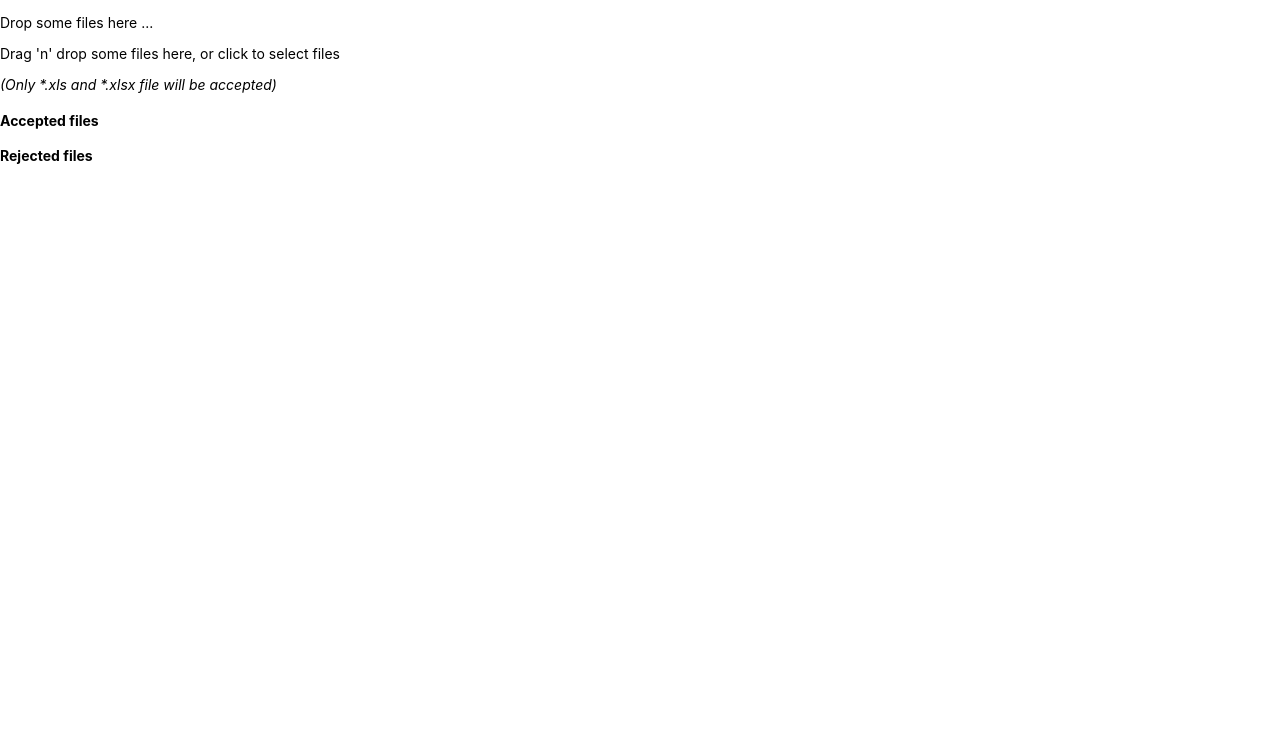
Repository: enigmawxy/abi2020
Page: /
An editor plug-in stored every save of this project. The page is shown before and after the next save, followed by the edit.
The browser window is 1280 px wide. The page is 1280 px wide, then 1282 px, so the pictures cover 1282 px, including what lies to the right of the window. The pictures show the whole page.
The page's requests for data from a server got no answer. The project was rebuilt for these pictures with package versions that can differ from the ones it lists, and the page was loaded fresh each time. No one was signed in, and anything a server would have sent is missing. Also part of the build but not shown: src/components/login/login.scss, src/components/login/login.jsx, src/common/header.scss, src/common/header.jsx, src/common/footer.scss, src/common/footer.jsx, src/components/register/content.scss, src/components/register/content.jsx and 3 more.

Above is the page before, as saved 2020-08-19 10:32:28.

After the next save:
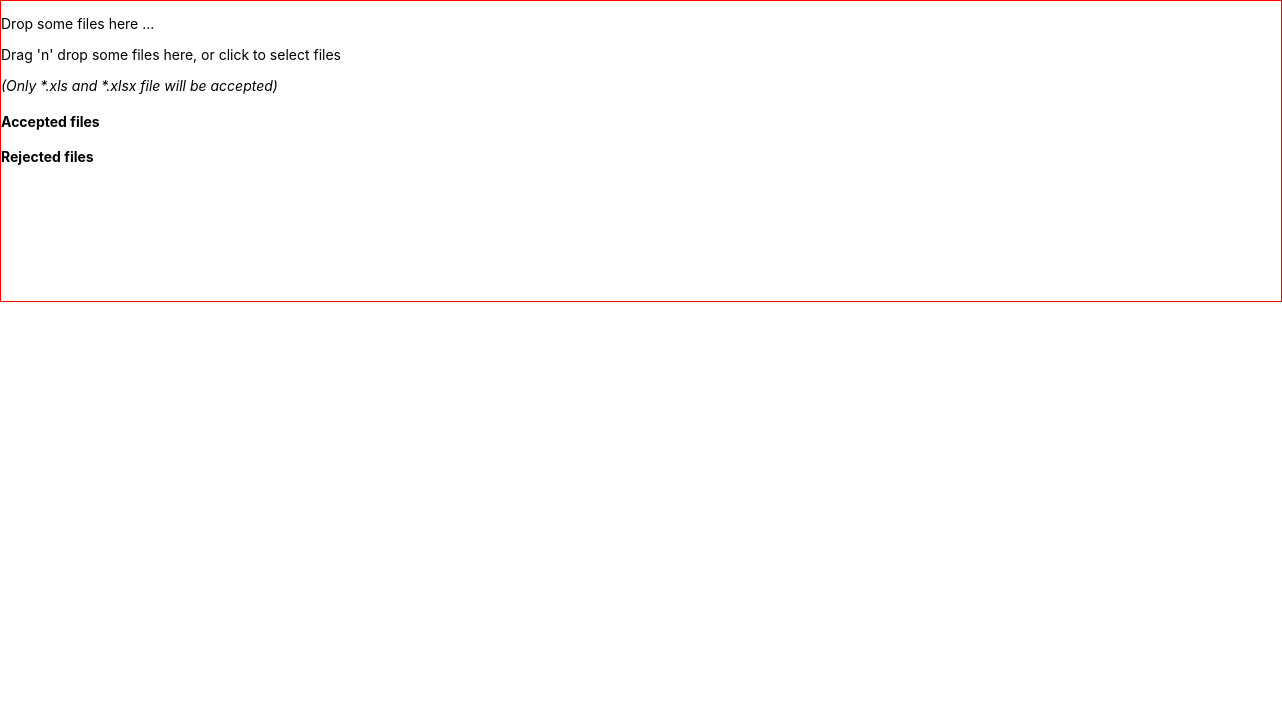
Saved 38 s later.
--- a/src/common/Accept.scss
+++ b/src/common/Accept.scss
@@ -1,6 +1,7 @@
 .container {
     width: 100%;
     height: 300px;
+    border: 1px solid red;
 }
 
 .progress-bar {
